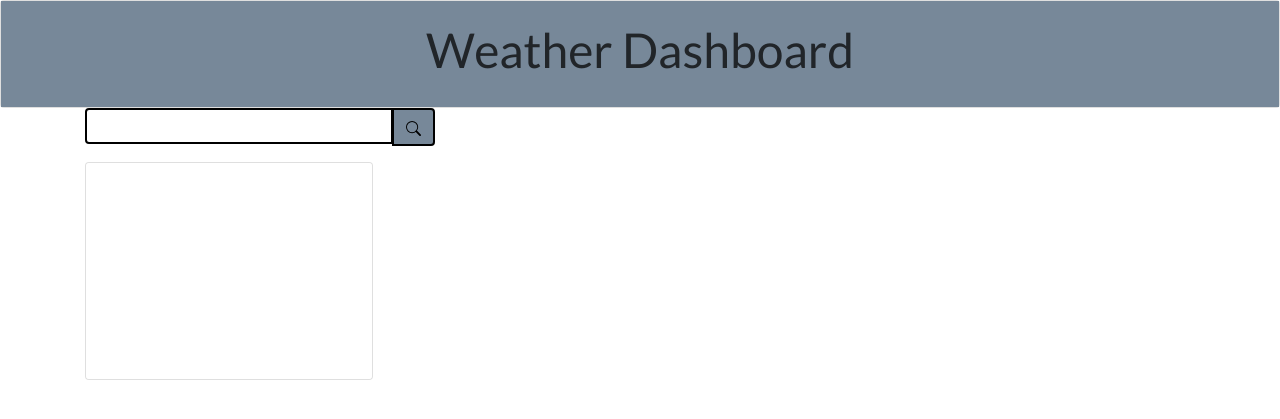
Repository: himaja830/Weather-Dashboard
Page: index.html
These files come from the project's save history. The page is drawn as it stood at one moment and after the next save; the edit follows.
The browser window is 1280 px wide. The pictures show the whole page.
Some web libraries are served in a nearby version.

Above is the page before, as saved 2020-06-26 15:45:43.

### index.html
<!DOCTYPE html>
<html lang="en">

<head>
    <meta charset="UTF-8">
    <meta name="viewport" content="width=device-width, initial-scale=1.0">
    <title>Weathe Dashboard</title>
    <link rel="stylesheet" href="https://stackpath.bootstrapcdn.com/bootstrap/4.3.1/css/bootstrap.min.css" />
    <link href="https://stackpath.bootstrapcdn.com/bootswatch/4.5.0/flatly/bootstrap.min.css" rel="stylesheet"
        integrity="sha384-mhpbKVUOPCSocLzx2ElRISIORFRwr1ZbO9bAlowgM5kO7hnpRBe+brVj8NNPUiFs" crossorigin="anonymous">
    <link rel="stylesheet" href="https://use.fontawesome.com/releases/v5.8.1/css/all.css"
        integrity="sha384-50oBUHEmvpQ+1lW4y57PTFmhCaXp0ML5d60M1M7uH2+nqUivzIebhndOJK28anvf" crossorigin="anonymous" />
    <link rel="stylesheet" href="assets/style.css">
</head>
<body>
<div class="card">
    <div class="card-body">
        <h1>Weather Dashboard</h1>
    </div>
</div>
<div class="container">
    <div class="row">
       <div class="col-sm-4">
        <div class="input-group mb-3">
            <input type="text" class="form-control"  aria-label="" aria-describedby="button-addon2">
            <div class="input-group-append">
              <button class="btn btn-outline-secondary" type="button" id="button-addon2"><svg class="bi bi-search" width="1em" height="1em" viewBox="0 0 16 16" fill="currentColor" xmlns="http://www.w3.org/2000/svg">
                <path fill-rule="evenodd" d="M10.442 10.442a1 1 0 0 1 1.415 0l3.85 3.85a1 1 0 0 1-1.414 1.415l-3.85-3.85a1 1 0 0 1 0-1.415z"/>
                <path fill-rule="evenodd" d="M6.5 12a5.5 5.5 0 1 0 0-11 5.5 5.5 0 0 0 0 11zM13 6.5a6.5 6.5 0 1 1-13 0 6.5 6.5 0 0 1 13 0z"/>
              </svg>
            </button>
            </div>
          </div>
          <div class="card" style="width: 18rem;">
            <ul class="list-group list-group-flush">
              <li class="list-group-item"></li>
              <li class="list-group-item"></li>
              <li class="list-group-item"></li>
              <li class="list-group-item"></li>
              <li class="list-group-item"></li>
              <li class="list-group-item"></li>
              <li class="list-group-item"></li>
              <li class="list-group-item"></li>
              <li class="list-group-item"></li>
            </ul>
          </div>
      </div>
      <div class="col-sm-8">
    </div>
</div>
</div>
</body>

</html>

### assets/style.css
.card-body {
    background-color: lightslategray;
    text-align: center;
}
.btn-outline-secondary {
    color:black;
    background-color: lightslategray;
    border: 2px solid black;

}
.form-control {
    border: 2px solid black;
}

After the next save:
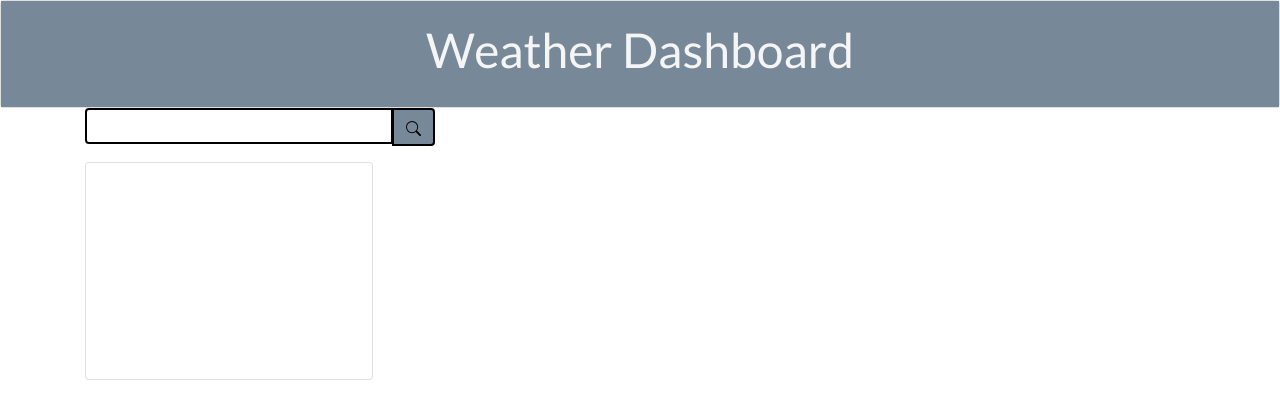
Saved 113 s later.
--- a/assets/style.css
+++ b/assets/style.css
@@ -1,6 +1,7 @@
 .card-body {
     background-color: lightslategray;
     text-align: center;
+    color:whitesmoke;
 }
 .btn-outline-secondary {
     color:black;
